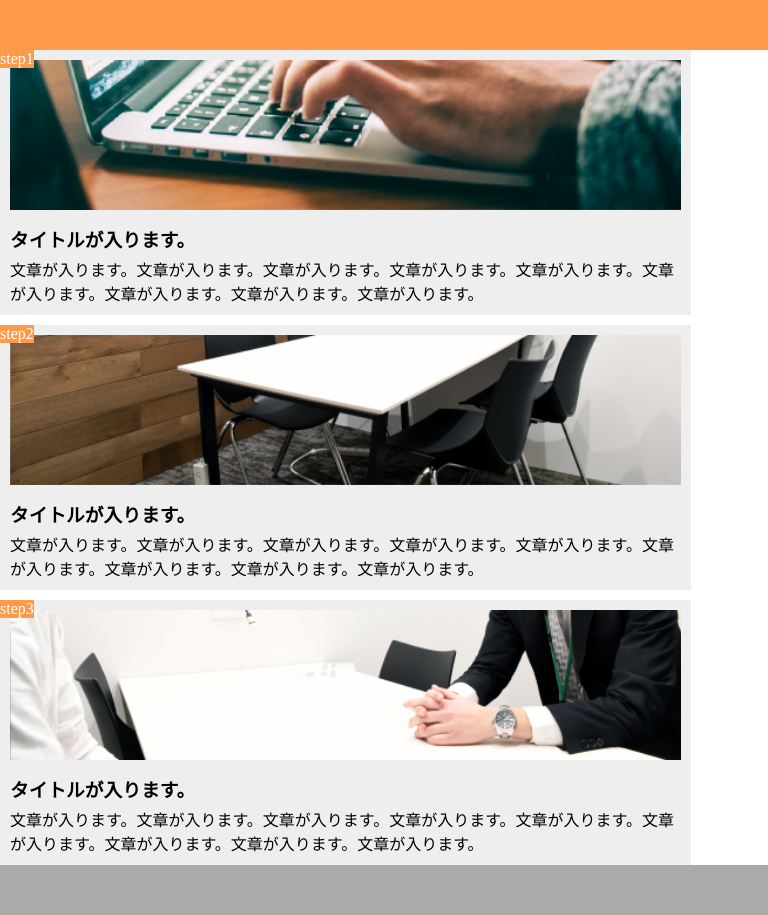
Repository: TsuKou/MainContents
Page: chapter9/ensyuu2/ensyuu2.html
The author's editor kept a record of every edit. The page is drawn from the files as they stood at one moment, then again after the next edit.
The browser window is 768 px wide. The pictures show the whole page.

Above is the page before.

### chapter9/ensyuu2/ensyuu2.html
<!DOCTYPE html>
<html jang="ja">
  <head>
    <meta charset="UTF-8" />
    <link rel="stylesheet" href="ensyuu2.css" />
    <title>9章演習問題2</title>
    <meta name="viewport" content="width=device-width,initial-ccale=1">
  </head>

  <body>
    <header></header>

    <main>
      <div class="box">
        <div class="box-img1"></div>
        <span class="step">step1</span>
        <h3 class="title">タイトルが入ります。</h3>
        <p class="box-text">
          文章が入ります。文章が入ります。文章が入ります。文章が入ります。文章が入ります。文章が入ります。文章が入ります。文章が入ります。文章が入ります。
        </p>
      </div>

     <div class="box">
        <div class="box-img2"></div>
        <span class="step">step2</span>
        <h3 class="title">タイトルが入ります。</h3>
        <p class="box-text">
          文章が入ります。文章が入ります。文章が入ります。文章が入ります。文章が入ります。文章が入ります。文章が入ります。文章が入ります。文章が入ります。
        </p>
      </div>

      <div class="box">
        <div class="box-img3"></div>
        <span class="step">step3</span>
        <h3 class="title">タイトルが入ります。</h3>
        <p class="box-text">
          文章が入ります。文章が入ります。文章が入ります。文章が入ります。文章が入ります。文章が入ります。文章が入ります。文章が入ります。文章が入ります。
        </p>
      </div>

    </main>

    <footer></footer>

  </body>

</html>

### chapter9/ensyuu2/ensyuu2.css
* {
  margin: 0;
  padding: 0;
  box-sizing: border-box;
}

header {
  height: 50px;
  background-color: #ff9a4b;
}

main {
  width: 960px;
  margin: 50px auto;
  display: flex;
}

.box {
  width: 300px;
  margin-right: 30px;
  padding: 10px;
  position: relative;
  background-color: #eee;
}

.box:last-child {
  margin-right: 0;
}
.box-img1 {
  height: 150px;
  background-image: url(img/flow01.png);
  background-position: bottom;
  background-size: cover;
}

.box-img2 {
  height: 150px;
  background-image: url(img/flow02.png);
  background-position: bottom;
  background-size: cover;
}

.box-img3 {
  height: 150px;
  background-image: url(img/flow03.png);
  background-position: bottom;
  background-size: cover;
}

.step {
  position: absolute;
  top: 0;
  left: 0;
  background-color: #ff9a4b;
  color: #ffffff;
}

.title {
  margin: 15px 0 5px 0;
}

footer {
  height: 50px;
  background-color: #aaaaaa;
}

@media screen and (max-width: 768px) {

  main {
    width: 100%;
    display: block;
    margin: 0 auto;
  }

  .box {
    width: 90%;
    margin-top: 10px;
    margin-bottom: 10px;
  }

  .box:first-child {
    margin-top: 0px;
  }

  .box:last-child {
    margin-bottom: 0px;
  }
}

After the next edit:
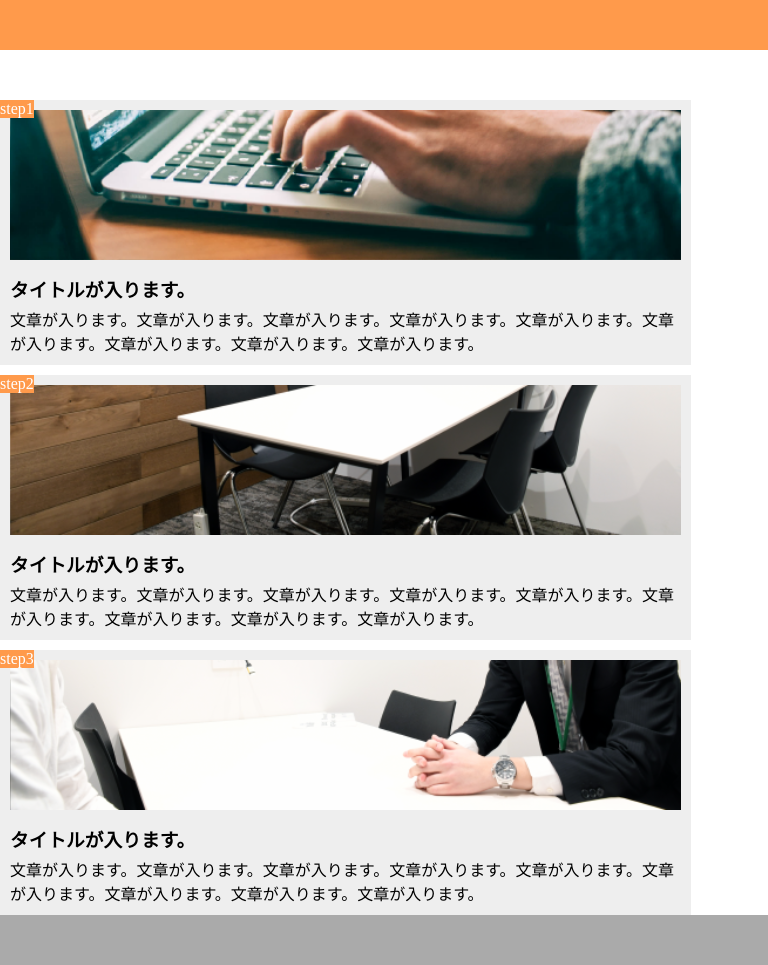
The edit:
--- a/chapter9/ensyuu2/ensyuu2.css
+++ b/chapter9/ensyuu2/ensyuu2.css
@@ -79,7 +79,7 @@
   }
 
   .box:first-child {
-    margin-top: 0px;
+    margin-top: 50px;
   }
 
   .box:last-child {
